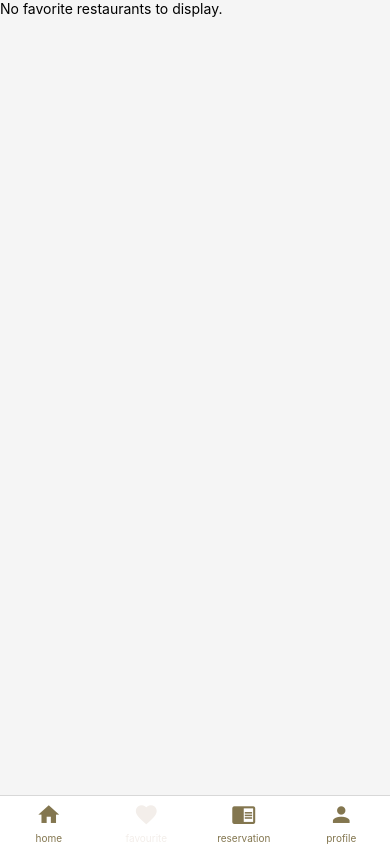
Repository: TemoshoS/restaurant-app
Screen: /favourite
The author's editor kept a copy of each file at every save. The screen is drawn from the files as they stood at one save, then again after the next save.
The page's requests for data from a server got no answer. The app was drawn by React Native's web renderer in a window 390 px wide. The project was rebuilt for these pictures with package versions that can differ from the ones it lists, and the page was loaded fresh each time. No one was signed in, and anything a server would have sent is missing. Also part of the build but not shown: Screens/LoginScreen.js, Screens/HomeScreen.js, Screens/RegisterScreen.js, Screens/RestaurantDetailsScreen.js, Screens/MenuScreen.js, Screens/ReservationScreen.js, Screens/PastReserevationScreen.js, Screens/ProfileScreen.js and 2 more.

Above is the screen before, as saved 2023-12-22 15:21:28.

After the next save:
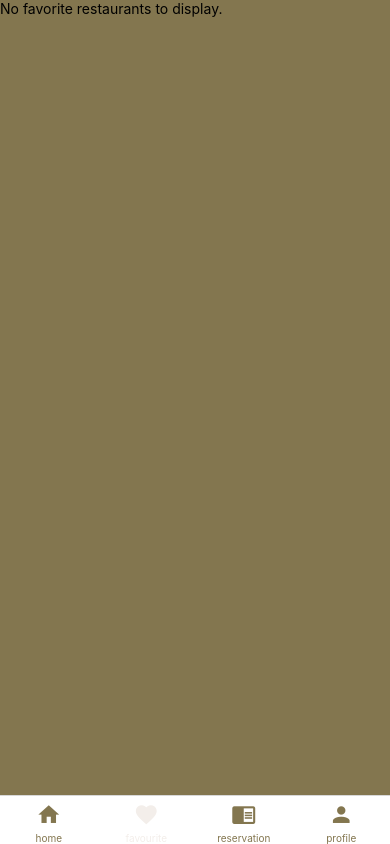
Saved 10 s later.
--- a/Screens/FavoriteRestaurantScreen.js
+++ b/Screens/FavoriteRestaurantScreen.js
@@ -56,7 +56,7 @@ export default connect(mapStateToProps, { fetchFavouriteRestaurants })(FavoriteR
 const styles = StyleSheet.create({
   container: {
     flex: 1,
-    backgroundColor: '#f5f5f5',
+    backgroundColor: '#83764F',
   },
   restaurantCard: {
     backgroundColor: 'white',
